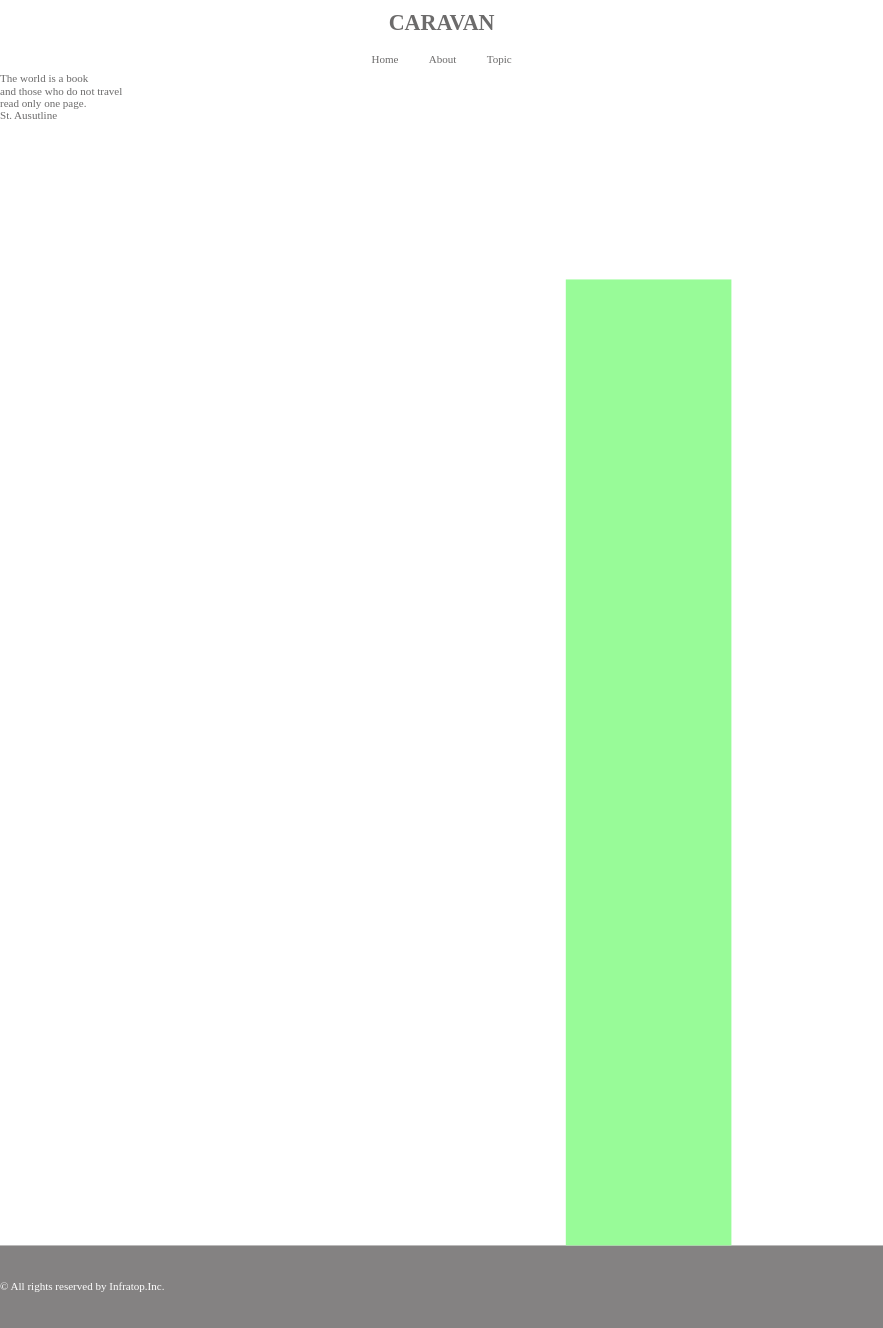
Repository: 44641/chapter9_exercise
Page: caravan/index.html
The author's editor kept a record of every edit. The page is drawn from the files as they stood at one moment, then again after the next edit.
The browser window is 1280 px wide. The pictures show the whole page, at 69% of full size.

Above is the page before.

After the next edit:
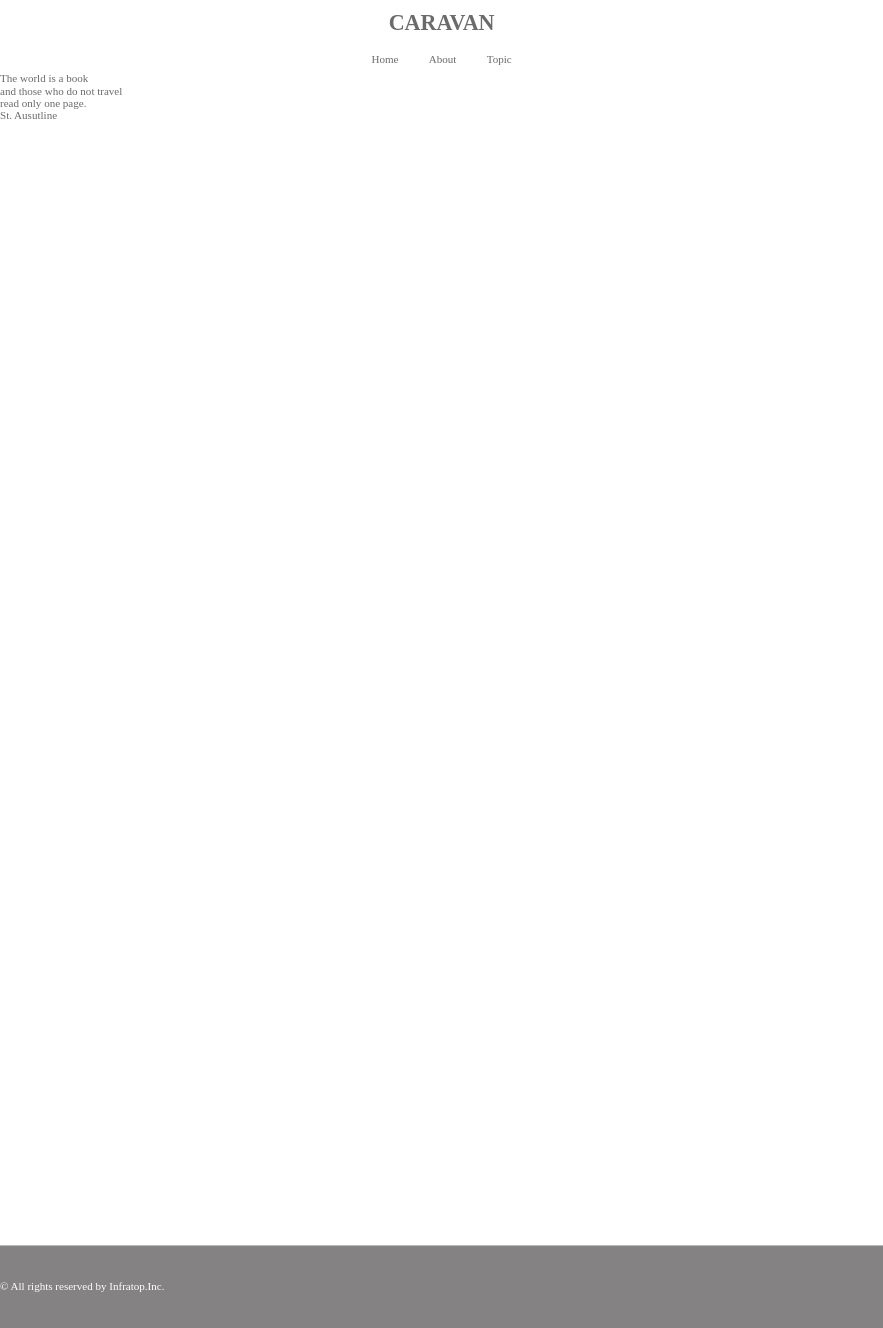
The edit:
--- a/caravan/style.css
+++ b/caravan/style.css
@@ -59,7 +59,6 @@
 .sidebar {
   width: 240px;
   height: 1400px;
-  background-color: palegreen;
 }
 
 footer {
